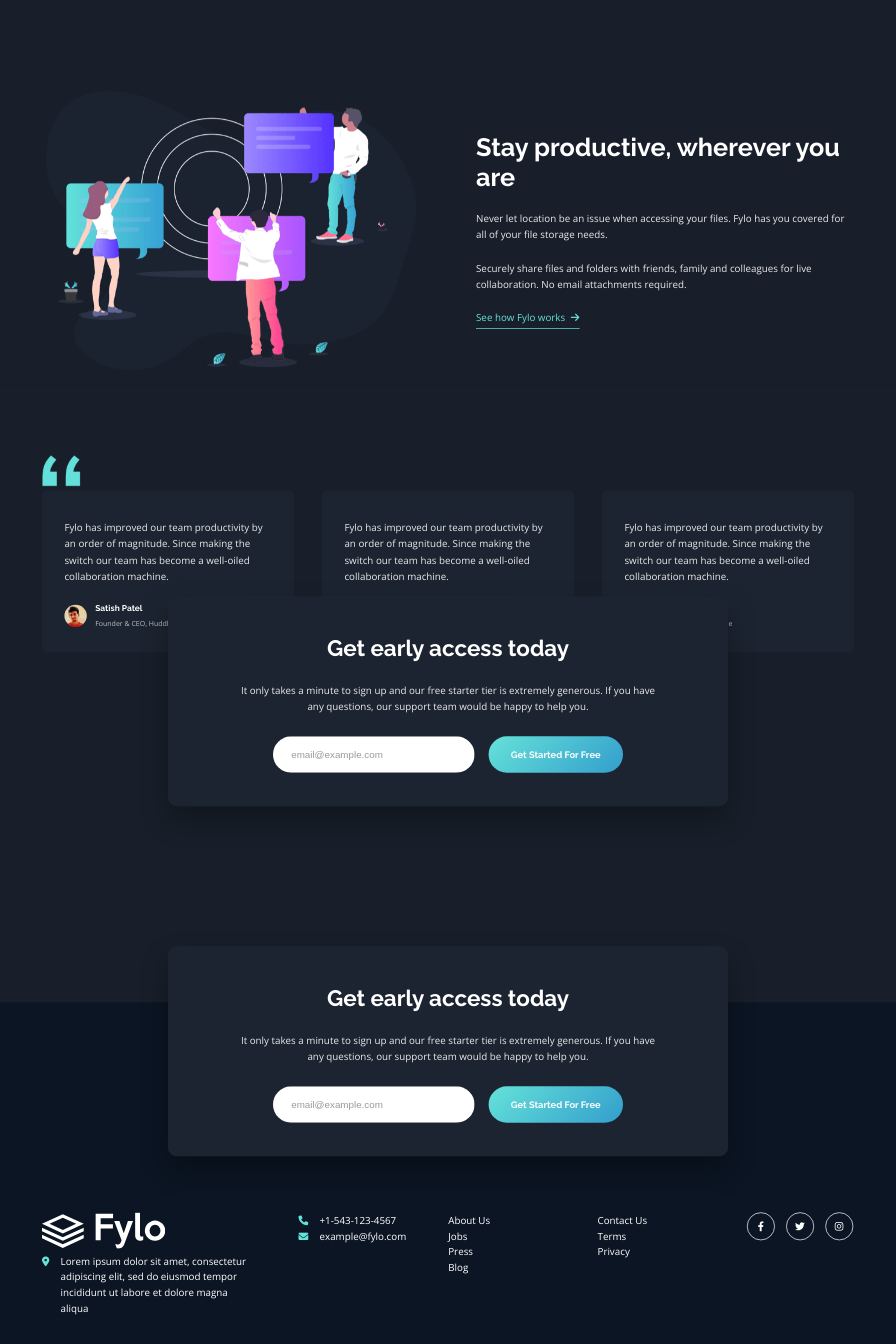
Repository: blordeus/fylo-dark-theme-landing-page
Page: index.html
An editor plug-in stored every save of this project. The page is shown before and after the next save, followed by the edit.
The browser window is 1280 px wide. The pictures show the part of the page from y = 1657 to 3577 px (the page is 3577 px tall before and 3277 px after), at 70% of full size.

Above is the page before, as saved 2025-07-01 20:00:46.

After the next save:
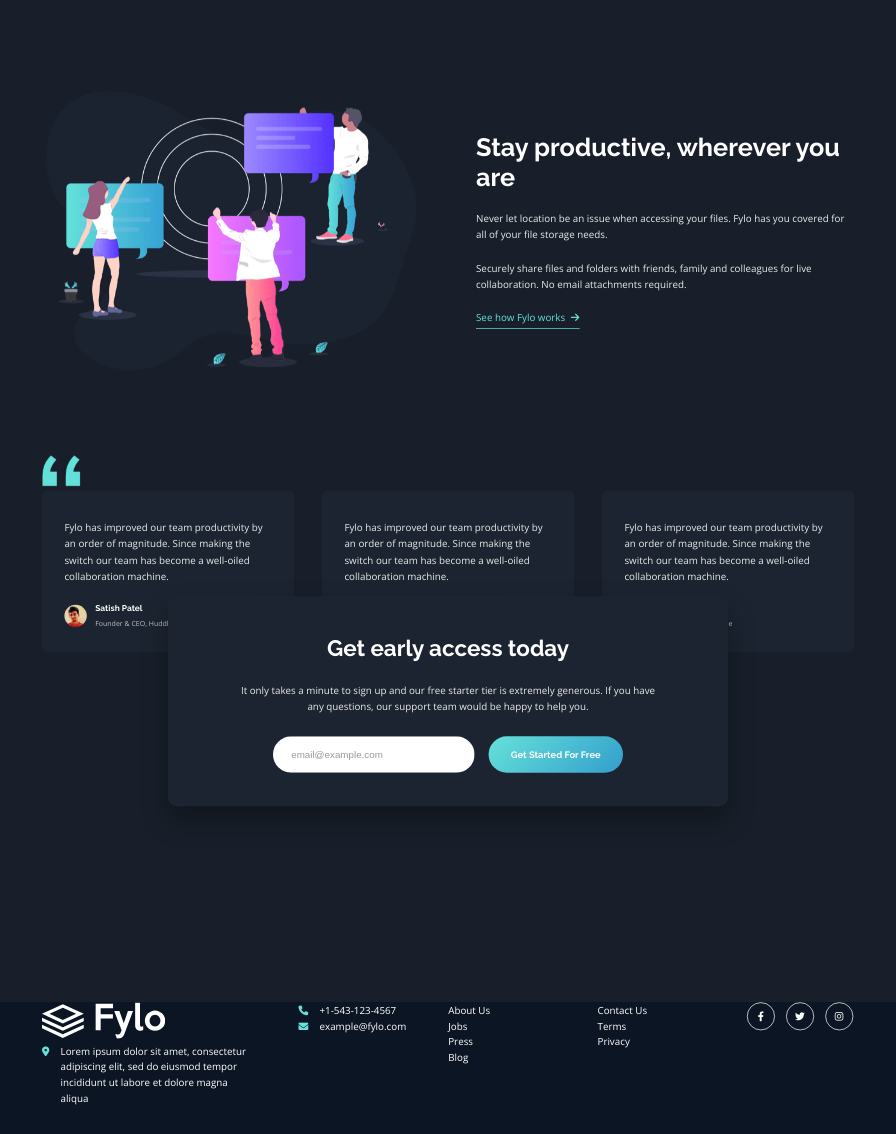
Saved 7 s later.
--- a/index.html
+++ b/index.html
@@ -155,7 +155,7 @@
 
   </section>
 
-    <!-- CTA Section -->
+    <!-- CTA Section
     <section class="cta">
         <div class="container">
             <div class="cta-box">
@@ -171,7 +171,7 @@
                 </form>
             </div>
         </div>
-    </section>
+    </section> -->
 
     <!-- Footer -->
     <footer class="footer">
